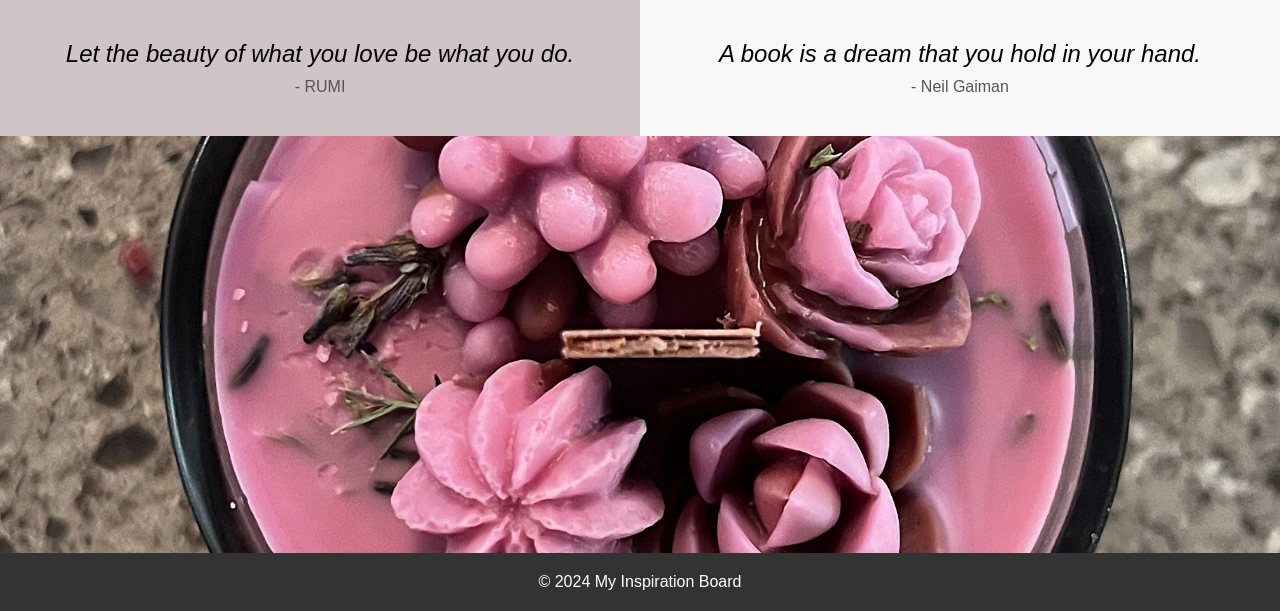
Repository: Brittany-Westlund/MART341-WebDesign
Page: WebDesignHomework/Assignment10/index.html
These files come from the project's save history. The page is drawn as it stood at one moment and after the next save; the edit follows.
The browser window is 1280 px wide. The pictures show the part of the page from y = 538 to 1297 px (the page is 1149 px tall before and 1297 px after).

Above is the page before, as saved 2024-10-27 22:32:49.

After the next save:
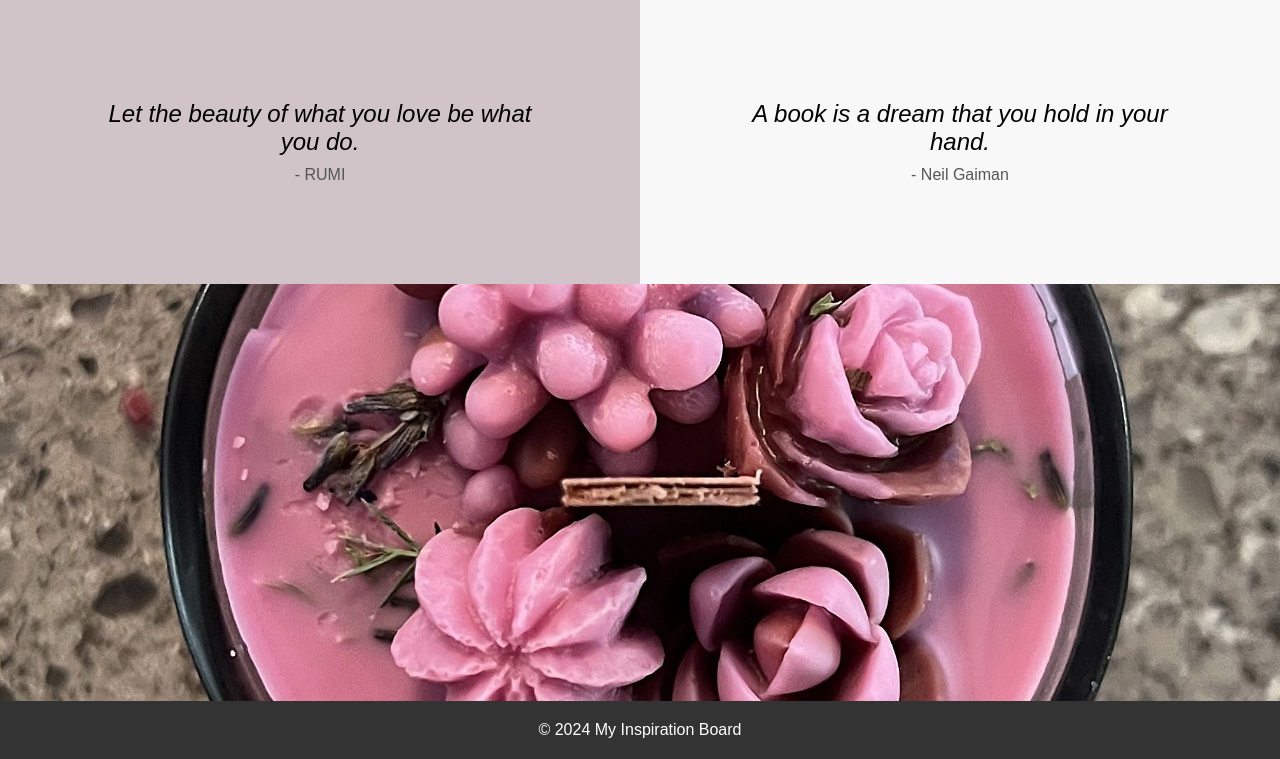
Saved 40 s later.
--- a/WebDesignHomework/Assignment10/style/style.css
+++ b/WebDesignHomework/Assignment10/style/style.css
@@ -56,7 +56,7 @@ nav ul li a {
 
 .two-column-block div {
     flex: 1;
-    padding: 40px;
+    padding: 100px;
     text-align: center;
 }
 
